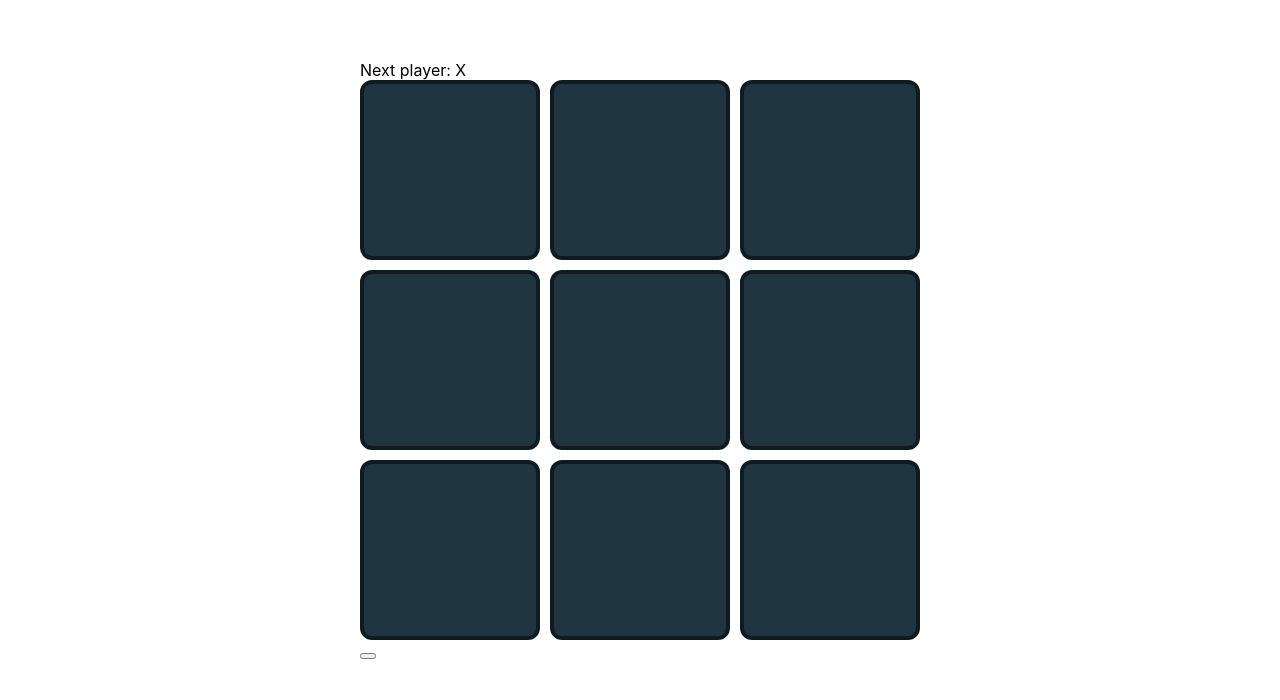
Repository: Monterro324/Tic-Tac
Page: / (app in tic-tac/)
The author's editor kept a copy of each file at every save. The page is drawn from the files as they stood at one save, then again after the next save.
The browser window is 1280 px wide. The pictures show the whole page.
The project was rebuilt for these pictures with package versions that can differ from the ones it lists, and the page was loaded fresh each time.

Above is the page before, as saved 2024-05-04 21:20:12.

### tic-tac/src/App.js
import { useState } from 'react';
import './App.css';
import Square from './Components/Square'; //Importing Square.js from Components

// function Square({value, onSquareClick}) {
//   return (
//     <button className="square" onClick={onSquareClick}>
//       {value}
//     </button>
//   );
// }



//Did not modify
export default function Board() {
  const [xIsNext, setXIsNext] = useState(true);
  const [squares, setSquares] = useState(Array(9).fill(null));

  function handleClick(i) {
    if (calculateWinner(squares) || squares[i]) {
      return;
    }
    const nextSquares = squares.slice();
    if (xIsNext) {
      nextSquares[i] = 'X';
    } else {
      nextSquares[i] = 'O';
    }
    setSquares(nextSquares);
    setXIsNext(!xIsNext);
  }

  //Basic reset button after winner is declare
  function resetGame() {
    setSquares(Array(9).fill(null)); // Resets all squares
    setXIsNext(true); // Resets the turn to the first player
  }

  const winner = calculateWinner(squares);
  let status;
  if (winner) {
    status = 'Winner: ' + winner;
  } else {
    status = 'Next player: ' + (xIsNext ? 'X' : 'O');
  }

  return (
    <>
      <div className="status">{status}</div>

      <div className="board">
        {squares.map((square, index) => (
          <Square key={index} value={square} onSquareClick={() => handleClick(index)} />
        ))}
      </div>
      <button className='reset-button' onClick={resetGame}></button>
    </>
  );
}

function calculateWinner(squares) {
  const lines = [
    [0, 1, 2],
    [3, 4, 5],
    [6, 7, 8],
    [0, 3, 6],
    [1, 4, 7],
    [2, 5, 8],
    [0, 4, 8],
    [2, 4, 6],
  ];
  for (let i = 0; i < lines.length; i++) {
    const [a, b, c] = lines[i];
    if (squares[a] && squares[a] === squares[b] && squares[a] === squares[c]) {
      return squares[a];
    }
  }
  return null;
}

### tic-tac/src/App.css
body, html {
  height: 100%;
  margin: 0;
  display: flex;
  justify-content: center;
  align-items: center;
}

.board {
  display: grid;
  grid-template-columns: repeat(3, 180px);
  grid-gap: 10px;
  justify-content: center;
}

.square {
  display: flex;
  align-items: center;
  justify-content: center;
  height: 180px;
  width: 180px;
  background: #1f3540;
  border: 4px solid #0f1b21;
  border-radius: 12px;
  cursor: pointer;
}

### tic-tac/src/Components/Square.js
import React from 'react';
import xImage from '../Components/Assets/mark-x.png';  // Update path to where your images are stored
import oImage from '../Components/Assets/mark-o.png';  // Update path to where your images are stored

function Square({ value, onSquareClick }) {
  const getImageUrl = (value) => {
    if (value === 'X') return xImage;
    if (value === 'O') return oImage;
    return null;
  };

  return (
    <button className="square" onClick={onSquareClick}>
      {value && <img src={getImageUrl(value)} alt={value} style={{ maxWidth: '100%', maxHeight: '100%' }} />}
    </button>
  );
}

export default Square

Loaded but not shown: tic-tac/public/index.html (common file); tic-tac/src/index.js (common file); tic-tac/src/index.css (common file); tic-tac/src/reportWebVitals.js (common file)

After the next save:
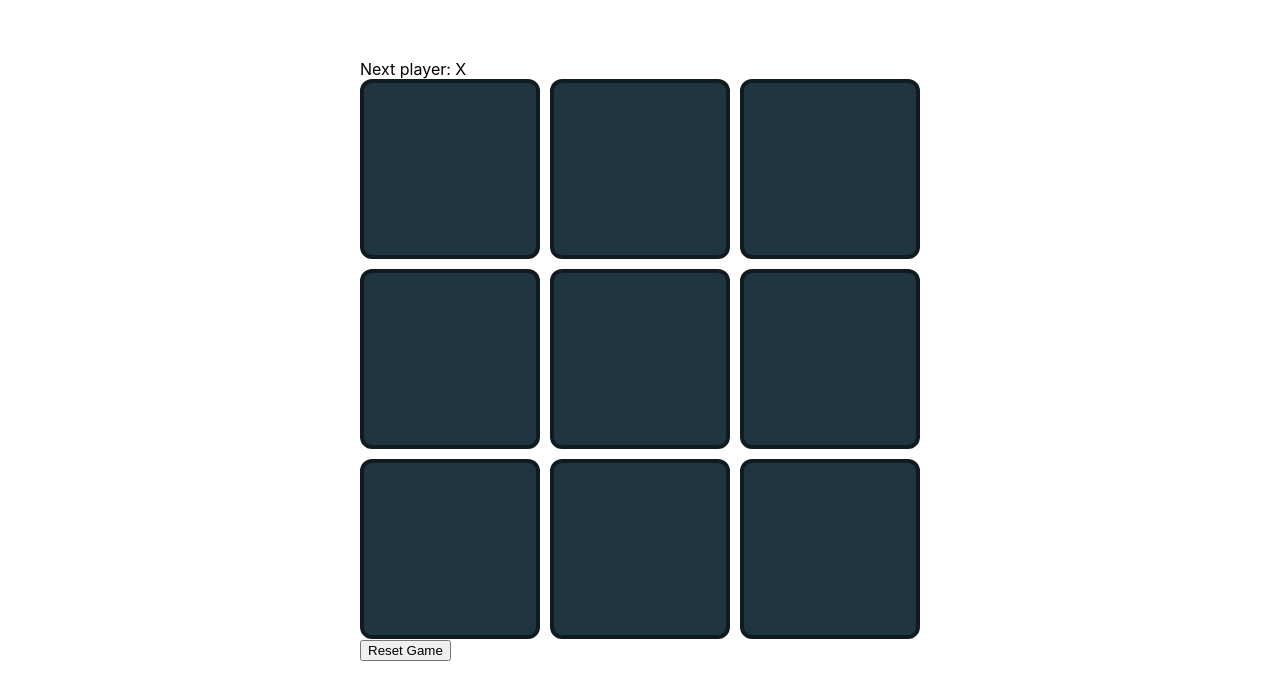
Saved 5 s later.
--- a/tic-tac/src/App.js
+++ b/tic-tac/src/App.js
@@ -54,7 +54,7 @@
           <Square key={index} value={square} onSquareClick={() => handleClick(index)} />
         ))}
       </div>
-      <button className='reset-button' onClick={resetGame}></button>
+      <button className='reset-button' onClick={resetGame}>Reset Game</button>
     </>
   );
 }
